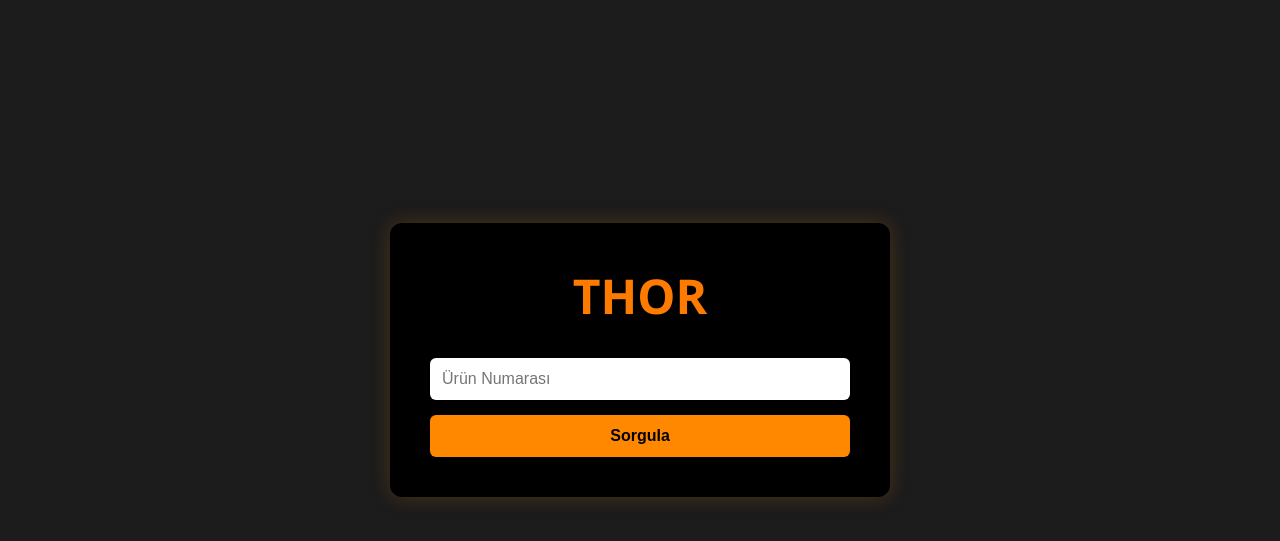
Repository: emrehendemoglu/warranty-inquiry
Page: http://localhost/
An editor plug-in stored every save of this project. The page is shown before and after the next save, followed by the edit.
The browser window is 1280 px wide. The pictures show the whole page.
The page is served by the project's application, run on Flask 3 (app.py).

Above is the page before, as saved 2025-07-21 16:05:44.

After the next save:
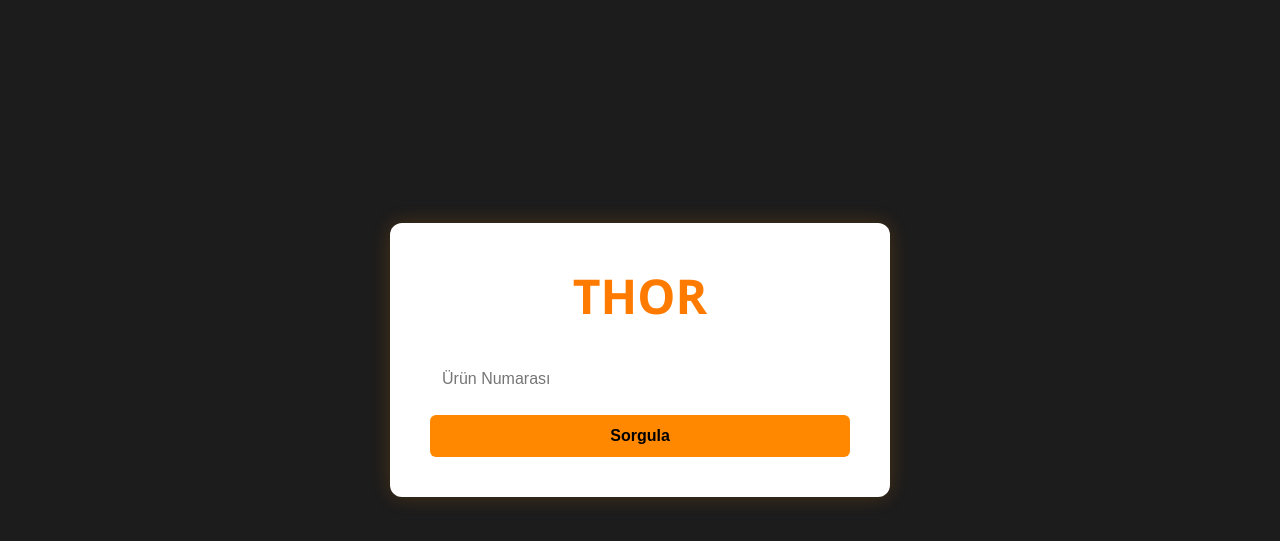
Saved 19 s later.
--- a/templates/index.html
+++ b/templates/index.html
@@ -23,7 +23,7 @@
         .container {
             text-align: center;
             padding: 40px;
-            background-color: #000;
+            background-color: #ffffff;
             border-radius: 12px;
             box-shadow: 0 0 20px rgba(255, 140, 0, 0.2);
             width: 90%;

After the save that followed:
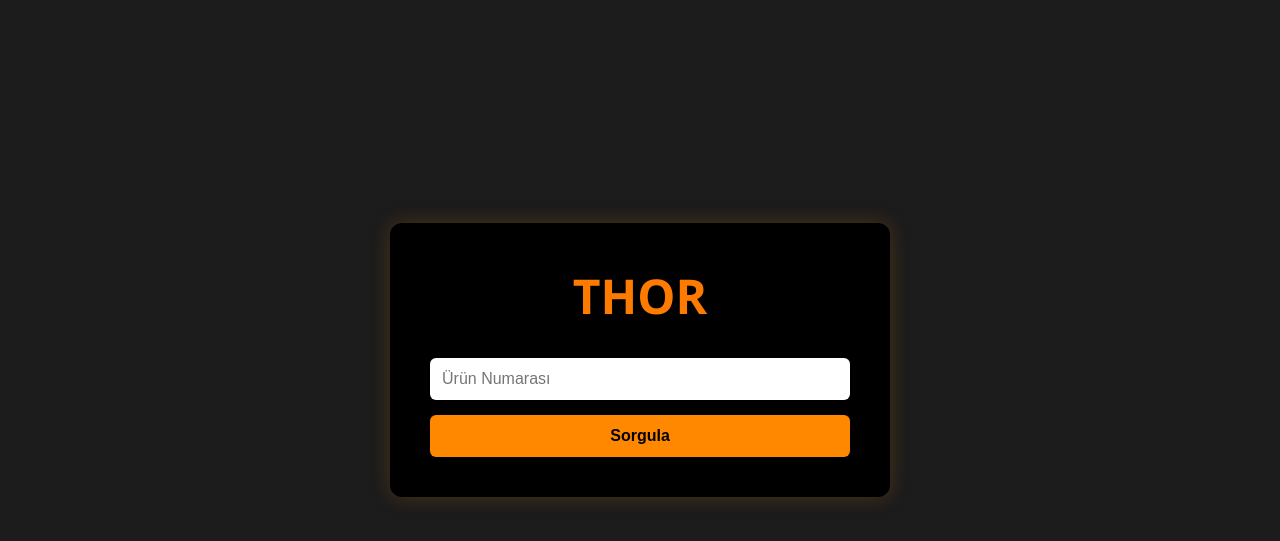
Saved 8 s later.
--- a/templates/index.html
+++ b/templates/index.html
@@ -23,7 +23,7 @@
         .container {
             text-align: center;
             padding: 40px;
-            background-color: #ffffff;
+            background-color: #000;
             border-radius: 12px;
             box-shadow: 0 0 20px rgba(255, 140, 0, 0.2);
             width: 90%;
